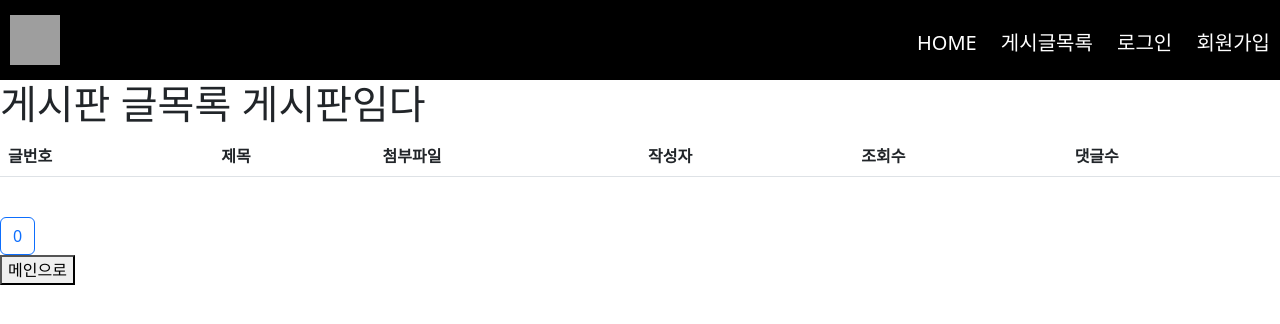
Repository: WoodongMaster/Spring
Page: http://localhost/spring/WEB-INF/views/board/list.jsp
The author's editor kept a copy of each file at every save. The page is drawn from the files as they stood at one save, then again after the next save.
The browser window is 1280 px wide. The pictures show the whole page.
Pictures or frames that could not be fetched are drawn as grey boxes. The page is served by Tomcat 9. Nobody is signed in. The template is opened directly, without the code that normally fills it, so the values that code supplies are empty.

Above is the page before, as saved 2023-06-19 01:30:59.

After the next save:
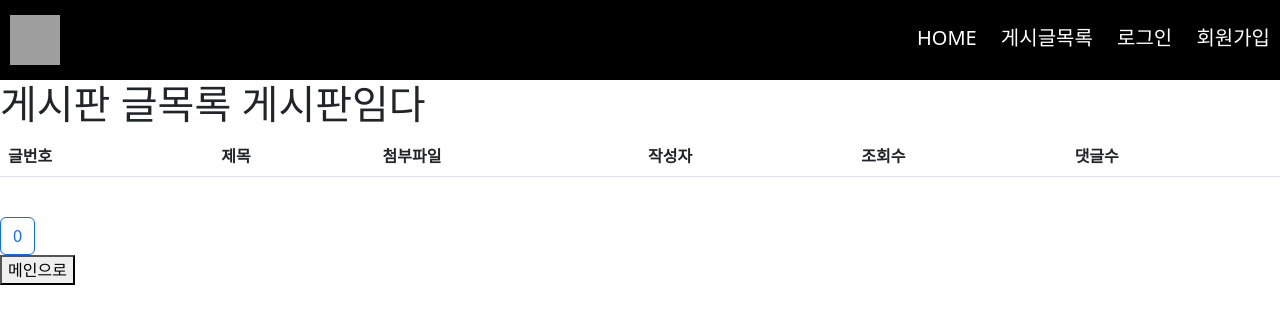
Saved 6 s later.
--- a/_spring_project1/spring/src/main/webapp/resources/css/header.css
+++ b/_spring_project1/spring/src/main/webapp/resources/css/header.css
@@ -10,7 +10,7 @@
 }
 .navbar{
 	float:right;
-	top:20px;
+	top:15px;
 
 }
 .navbar ul li{
